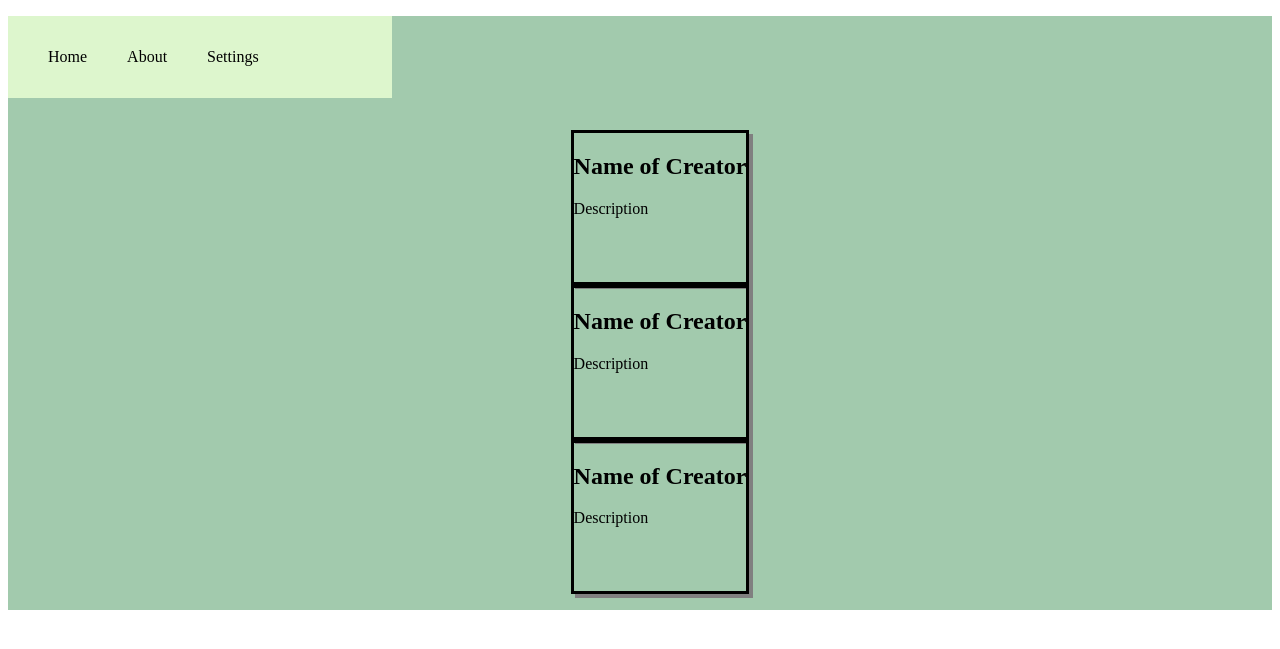
Repository: k8ANStar/Questify
Page: /About
These files come from the project's save history. The page is drawn as it stood at one moment and after the next save; the edit follows.
The browser window is 1280 px wide. The pictures show the whole page.
The project was rebuilt for these pictures with package versions that can differ from the ones it lists, and the page was loaded fresh each time. The framework's server and built-in components were replaced by stand-ins that run in the browser. Also part of the build but not shown: next.config.mjs.

Above is the page before, as saved 2024-03-24 22:06:24.

### pages/About.js
import Card from "@/components/Card";
import Header from "@/components/Header";
import styles from "@/styles/About.module.css/";

export default function About() {
	return (
		<div className={styles.aboutPage}>
			<Header />
			<div className={styles.cardList}>
				<ul className={styles.list}>
					<li>
						<Card />
					</li>
					<li>
						<Card />
					</li>
					<li>
						<Card />
					</li>
				</ul>
			</div>
		</div>
	);
}

### components/Card/index.js
import styles from './Card.module.css'
import Image from 'next/image';

export default function Card() {
	return (
		<div>
			<section className={styles.cardContainer}>
				<Image />
				<div>
					<h2>Name of Creator</h2>
					<p>Description</p>
				</div>
			</section>
		</div>
	);
}

### components/Header/index.js
import styles from "./Header.module.css";
import Link from "next/link";
export default function Header() {
	return (
		<>
			<ul className={styles.nav}>
				<li>
					<Link href={"/"} className={styles.home}>
						Home
					</Link>
				</li>
				<li>
					<Link href={"/About"} className={styles.about}>
						About
					</Link>
				</li>
				<li>
					<Link href={"/Settings"} className={styles.settings}>
						Settings
					</Link>
				</li>
			</ul>
		</>
	);
}

### styles/About.module.css
.cardList {
	justify-content: space-evenly;
	display: flex;
	list-style-type: none;
}

.list {
	list-style-type: none;
}

.aboutPage {
	background-color: rgb(162, 202, 173);
	width: 100%;
	height: 100%;
}

### components/Card/Card.module.css
.cardContainer {
	border: 3px solid black;
	display: flex;
	padding-bottom: 3rem;
	align-items: center;
	text-decoration: none;
	box-shadow: 4px 4px gray;
}

### components/Header/Header.module.css
.nav {
	display: flex;
	list-style-type: none;
	text-decoration: none;
	padding: 2rem 2rem 2rem 2rem;
	width: 20rem;
	background-color: rgb(221, 246, 205);
}

.home,
.about,
.settings {
	text-decoration: none;
	color: var(--black);
	margin-right: 2rem;
	margin-left: 0.5rem;
	white-space: nowrap;
}

Loaded but not shown: pages/_app.js (common file); pages/_document.js (common file); styles/globals.css (common file)

After the next save:
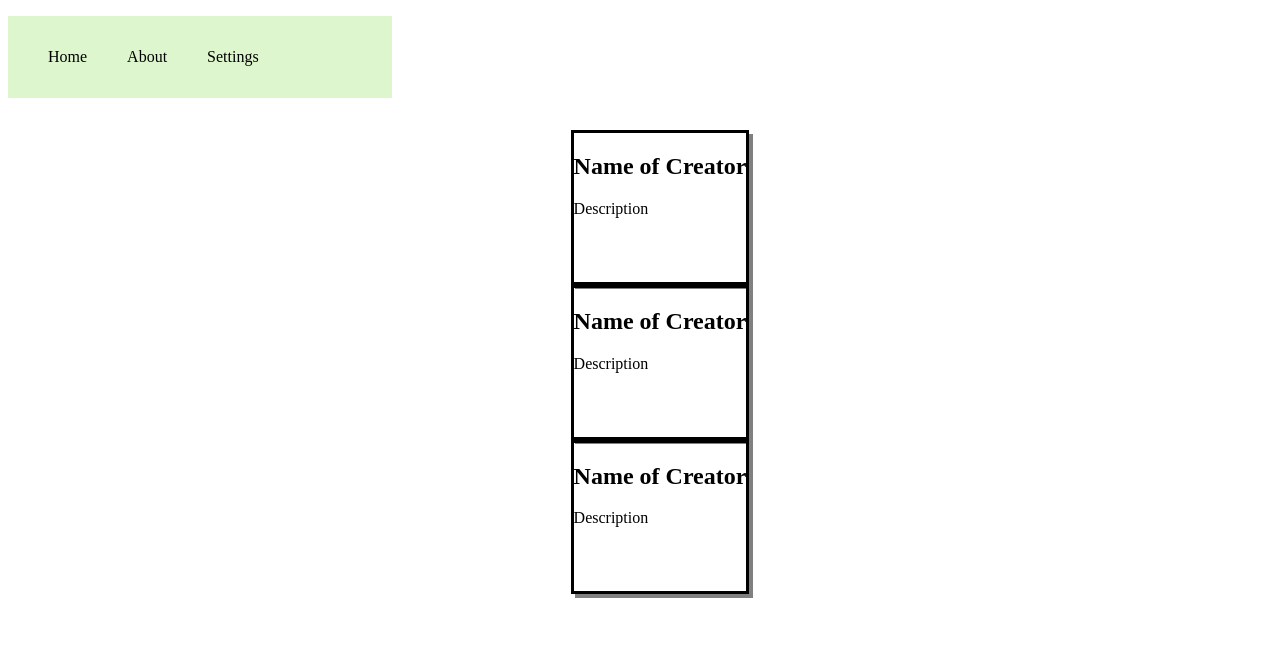
Saved 18 s later.
--- a/styles/About.module.css
+++ b/styles/About.module.css
@@ -9,7 +9,7 @@
 }
 
 .aboutPage {
-	background-color: rgb(162, 202, 173);
+
 	width: 100%;
 	height: 100%;
 }
